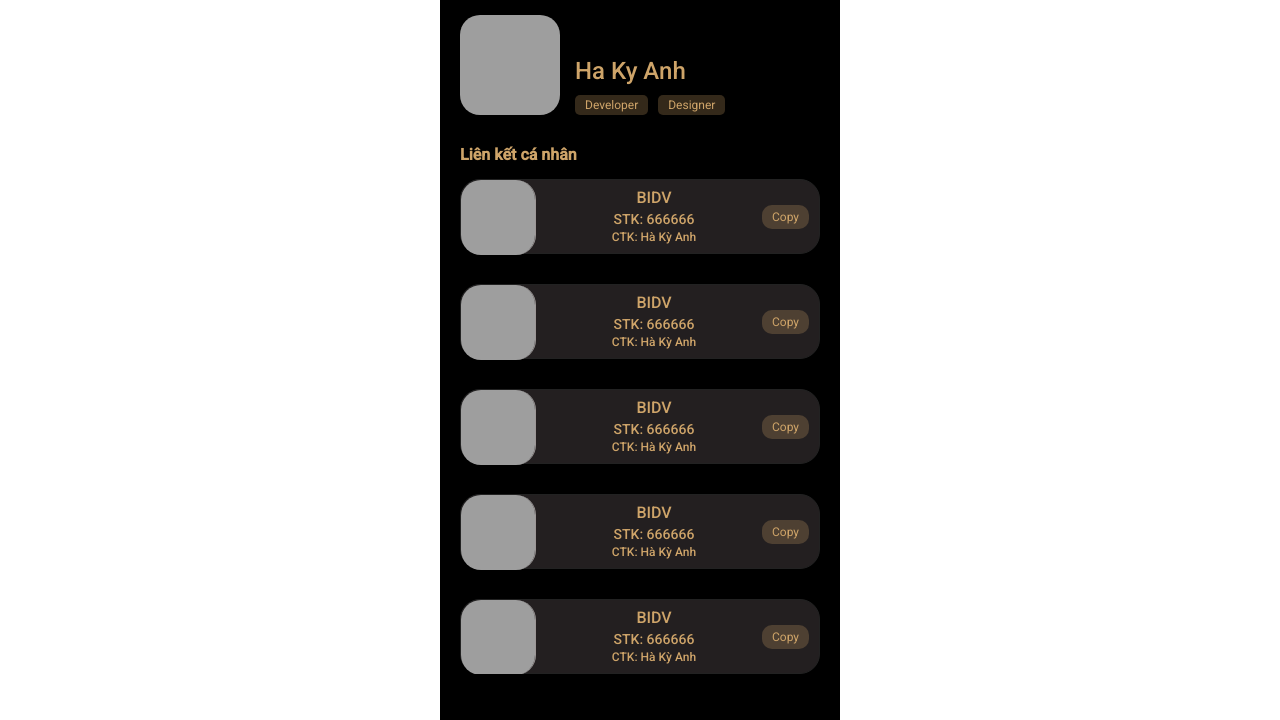
Repository: yzarc204/nguyen-tien-viet-hoang
Page: thong-tin-thanh-toan/index.html
The author's editor kept a copy of each file at every save. The page is drawn from the files as they stood at one save, then again after the next save.
The browser window is 1280 px wide. The pictures show the whole page.
Pictures or frames that could not be fetched are drawn as grey boxes.

Above is the page before, as saved 2021-09-27 11:12:54.

### thong-tin-thanh-toan/index.html
<!DOCTYPE html>
<html lang="en">
<head>
    <meta charset="UTF-8">
    <meta http-equiv="X-UA-Compatible" content="IE=edge">
    <meta name="viewport" content="width=device-width, initial-scale=1.0">
    <title>Personal Card</title>
    <!-- Google Fonts -->
    <link rel="preconnect" href="https://fonts.googleapis.com">
    <link rel="preconnect" href="https://fonts.gstatic.com" crossorigin>
    <link href="https://fonts.googleapis.com/css2?family=Roboto:wght@300;400;500&display=swap" rel="stylesheet">
    <!-- CSS -->
    <link rel="stylesheet" href="./public/css/index.css">
</head>
<body>
    <div class="container">
        <div class="profile-header">
            <img alt="Avatar"
                src="https://source.unsplash.com/random"
                class="profile-avatar">
            <div class="profile-info">
                <h4 class="profile-name">Ha Ky Anh</h4>
                <div class="skills">
                    <div class="skill-tag">Developer</div>
                    <div class="skill-tag">Designer</div>
                </div>
            </div>
        </div>
        <h4 class="title">Liên kết cá nhân</h4>
        <div class="banks">
            <div class="bank">
                <img src="https://source.unsplash.com/random" class="bank-logo">
                <div class="bank-info">
                    <p class="bank-name">BIDV</p>
                    <p class="bank-number">STK: 666666</p>
                    <p class="bank-owner">CTK: Hà Kỳ Anh</p>
                </div>
                <span class="btn-copy">Copy</span>
            </div>
            <div class="bank">
                <img src="https://source.unsplash.com/random" class="bank-logo">
                <div class="bank-info">
                    <p class="bank-name">BIDV</p>
                    <p class="bank-number">STK: 666666</p>
                    <p class="bank-owner">CTK: Hà Kỳ Anh</p>
                </div>
                <span class="btn-copy">Copy</span>
            </div>
            <div class="bank">
                <img src="https://source.unsplash.com/random" class="bank-logo">
                <div class="bank-info">
                    <p class="bank-name">BIDV</p>
                    <p class="bank-number">STK: 666666</p>
                    <p class="bank-owner">CTK: Hà Kỳ Anh</p>
                </div>
                <span class="btn-copy">Copy</span>
            </div>
            <div class="bank">
                <img src="https://source.unsplash.com/random" class="bank-logo">
                <div class="bank-info">
                    <p class="bank-name">BIDV</p>
                    <p class="bank-number">STK: 666666</p>
                    <p class="bank-owner">CTK: Hà Kỳ Anh</p>
                </div>
                <span class="btn-copy">Copy</span>
            </div>
            <div class="bank">
                <img src="https://source.unsplash.com/random" class="bank-logo">
                <div class="bank-info">
                    <p class="bank-name">BIDV</p>
                    <p class="bank-number">STK: 666666</p>
                    <p class="bank-owner">CTK: Hà Kỳ Anh</p>
                </div>
                <span class="btn-copy">Copy</span>
            </div>
        </div>
    </div>
</body>
</html>

### thong-tin-thanh-toan/public/css/index.css
* {
    padding: 0;
    margin: 0;
    -webkit-box-sizing: border-box;
    font-family: 'Roboto', sans-serif;
}

:root {
    --primary-color: #cea469;
    --secondary-color: #231f20;
    --dark-color: #cea469;
}

body {
    width: 100%;
    overflow: hidden;
}

/* ===== CONTAINER ===== */
.container{
    width: 400px;
    height: 100vh;
    margin: 0 auto;
    padding: 15px 20px;
    overflow: hidden scroll;
    background: #000;
    color: var(--primary-color);
}
/* ===== PROFILE HEADER ===== */
.profile-header{
    width: 100%;
    display: flex;
    flex-wrap: wrap;
    margin-bottom: 30px;
}
.profile-avatar{
    width: 100px;
    height: 100px;
    object-fit: cover;
    object-position: center;
    border-radius: 20px;
}
.profile-info{
    margin-top: auto;
    padding: 0px 15px;
}
.profile-name{
    margin-bottom: 10px;
    font-size: 24px;
    font-weight: 500;
}
.skills{
    display: flex;
    flex-wrap: nowrap;
}
.skill-tag{
    padding: 3px 10px;
    margin-right: 10px;
    color: var(--primary-color);
    font-size: 12px;
    position: relative;
    display: none;
}
.skill-tag:before {
    content: "";
    position: absolute;
    top: 0;
    right: 0;
    bottom: 0;
    left: 0;
    background-color: currentColor;
    opacity: 0.25;
    border-radius: 5px;
}
.skill-tag:first-child {
    display: block;
}
.skill-tag:nth-child(2) {
    display: block;
}
/* ===== TITLE ===== */
.title{
    margin-bottom: 15px;
}
/* ===== BANKS ===== */
.banks {
    width: 100%;
    overflow: hidden;
    --size: 75px;
    --border-rounded: 20px;
}
.bank:last-child {
    margin-bottom: 0px;
}
.bank {
    width: 100%;
    height: var(--size);
    background: var(--secondary-color);
    margin-bottom: 30px;
    display: flex;
    border: 1px solid #222;
    border-radius: var(--border-rounded);
}
.bank-logo {
    width: var(--size);
    height: var(--size);
    border-right: 1px solid rgb(156, 150, 150);
    border-radius: inherit;
}
.bank-info {
    flex: 1;
    text-align: center;
    padding: 10px 7.5px;
    display: flex;
    flex-direction: column;
    justify-content: space-between;
    align-items: center;
}
.bank-info > p {
    font-weight: 500;
    line-height: 1;
}
.bank-name{
    font-size: 16px;
}
.bank-number{
    font-size: 14px;
}
.bank-owner {
    font-size: 12px;
}
.btn-copy{
    color: var(--primary-color);
    font-size: 12px;
    height: fit-content;
    padding: 5px 10px;
    position: relative;
    top: 50%;
    right: 10px;
    transform: translateY(-50%);
    cursor: pointer;
}
.btn-copy:before {
    content: "";
    position: absolute;
    top: 0;
    right: 0;
    bottom: 0;
    left: 0;
    background: var(--dark-color);
    border-radius: 10px;
    opacity: 0.25;
}

After the next save:
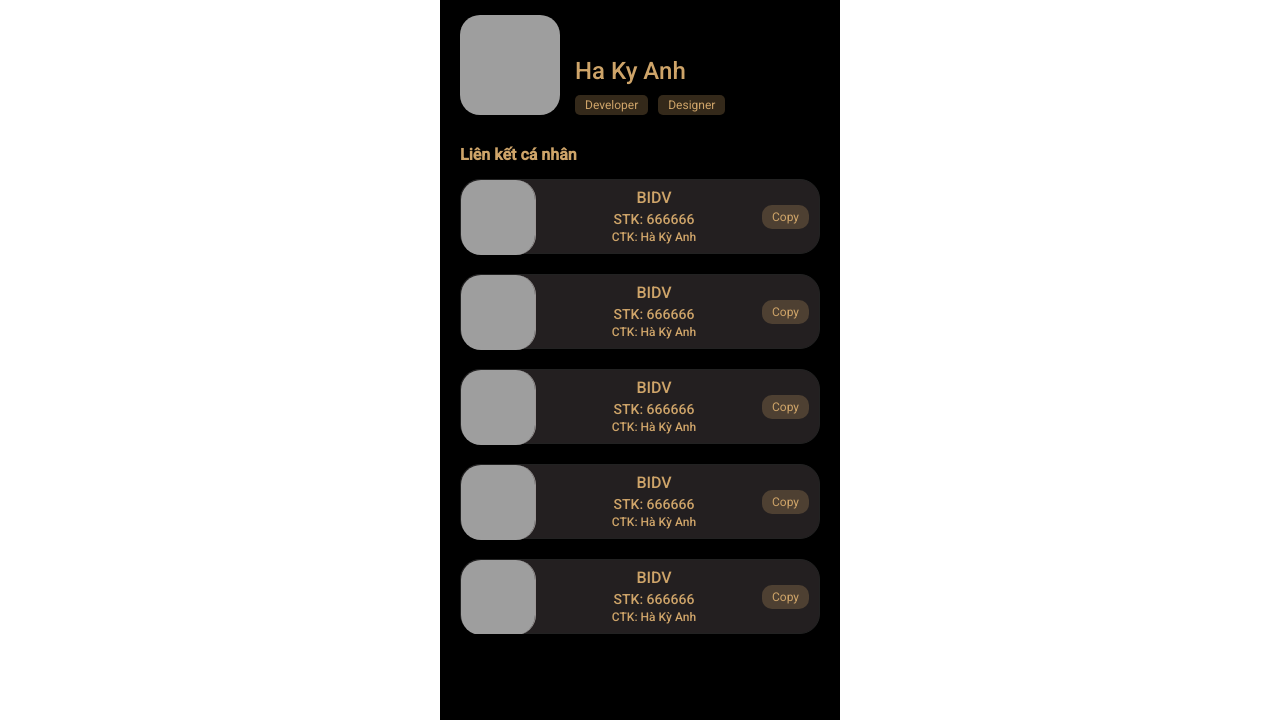
Saved 5 s later.
--- a/thong-tin-thanh-toan/public/css/index.css
+++ b/thong-tin-thanh-toan/public/css/index.css
@@ -96,7 +96,7 @@ body {
     width: 100%;
     height: var(--size);
     background: var(--secondary-color);
-    margin-bottom: 30px;
+    margin-bottom: 20px;
     display: flex;
     border: 1px solid #222;
     border-radius: var(--border-rounded);
